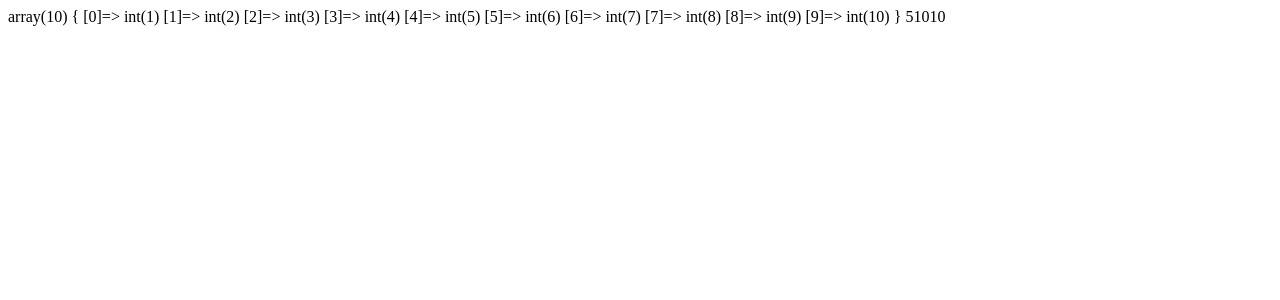
Repository: motiejus1/09-paskaita-PHP-05.31
Page: http://localhost/masyvoelementutrynimas.php
The author's editor kept a copy of each file at every save. The page is drawn from the files as they stood at one save, then again after the next save.
The browser window is 1280 px wide. The pictures show the whole page.
The page is run by PHP 8.4 with error messages shown; the project is at /var/www/html/.

Above is the page before, as saved 2021-08-04 18:35:05.

### masyvoelementutrynimas.php
<?php

$masyvas = array(1,2,3,4,5,6,7,8,9,10);

//Mes turime istrinti kazkuri tai elementa is masyvo

//Reikia istrinti skaiciu 5 ir skaiciu 10 is musu turimo masyvo.
// Vadinasi mes turime zinoti elemento vieta masyve
var_dump($masyvas);

echo $masyvas[4];//5

//cia yra paskutinis masyvo elementas
$elementuSkaiciusMasyve = count($masyvas);// 10
//nesvarbu kokio ilgio masyvas, mes visalaika pasirenkame paskutini
echo $masyvas[$elementuSkaiciusMasyve-1];// 10
echo $masyvas[9];//10

unset($masyvas[4]);
unset($masyvas[$elementuSkaiciusMasyve-1]);



?>

After the next save:
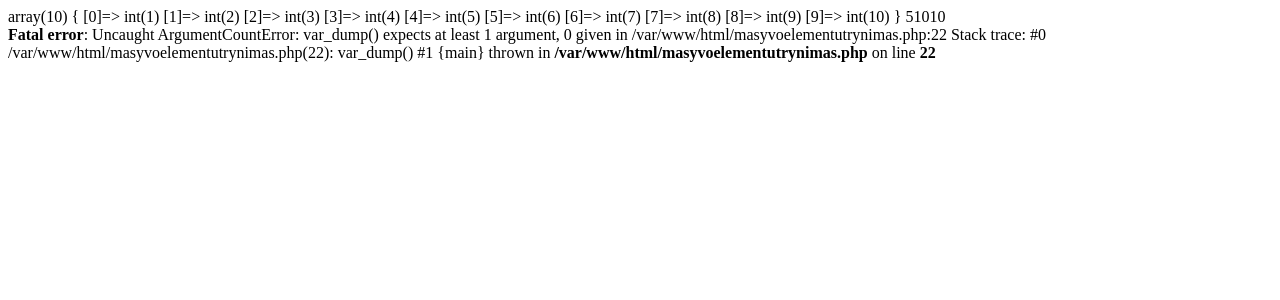
Saved 11 s later.
--- a/masyvoelementutrynimas.php
+++ b/masyvoelementutrynimas.php
@@ -19,6 +19,6 @@
 unset($masyvas[4]);
 unset($masyvas[$elementuSkaiciusMasyve-1]);
 
-
+var_dump()
 
 ?>

After the 2 saves that followed:
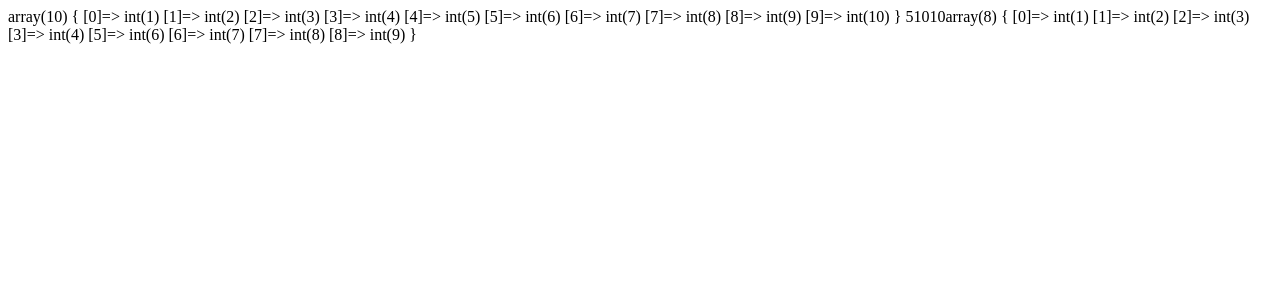
The 2 saves are shown as one change because they came seconds apart.
The last was saved 8 s later.
--- a/masyvoelementutrynimas.php
+++ b/masyvoelementutrynimas.php
@@ -19,6 +19,6 @@
 unset($masyvas[4]);
 unset($masyvas[$elementuSkaiciusMasyve-1]);
 
-var_dump()
+var_dump($masyvas);
 
 ?>
